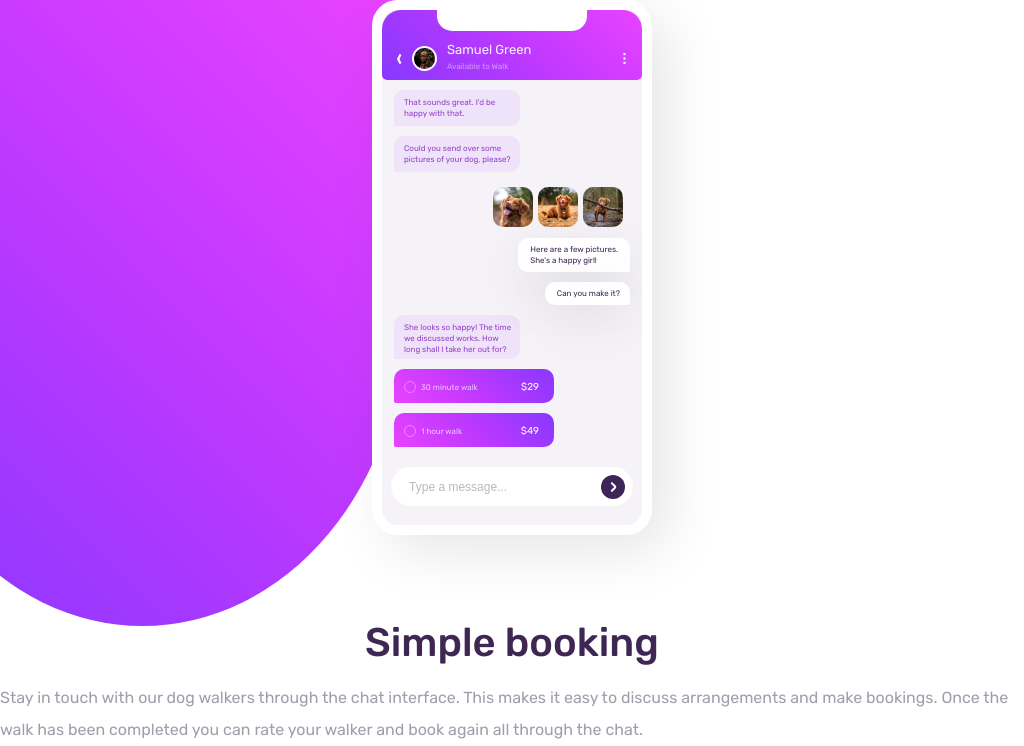
Repository: KamoliddinGIT/chat-app-css-illustration
Page: index.html
An editor plug-in stored every save of this project. The page is shown before and after the next save, followed by the edit.
The browser window is 1024 px wide. The pictures show the whole page.

Above is the page before, as saved 2023-09-25 20:05:21.

### index.html
<!DOCTYPE html>
<html lang="en">
  <head>
    <meta charset="UTF-8" />
    <meta http-equiv="X-UA-Compatible" content="IE=edge" />
    <meta name="viewport" content="width=device-width, initial-scale=1.0" />
    <link
      rel="icon"
      type="image/png"
      sizes="32x32"
      href="./images/favicon-32x32.png"
    />
    <link
      href="https://fonts.googleapis.com/css2?family=Rubik:wght@400;500;700&display=swap"
      rel="stylesheet"
    />
    <link rel="stylesheet" href="./css/style.css" />
    <title>Chat App CSS Illustration</title>
  </head>
  <body>
    <div class="container">
      <div class="bg"></div>
      <div class="card">
        <div class="header">
          <div class="cam"></div>
          <div class="header_contents">
            <div class="header-left-side">
              <img
                src="./images/arrow.svg"
                alt="left_arrow"
                class="back_icon"
              />
              <img class="avatar" src="./images/avatar.jpg" alt="avatar" />
              <h2>
                Samuel Green <br />
                <span>Available to Walk </span>
              </h2>
            </div>
            <img src="./images/menu.svg" alt="menu" class="menu" />
          </div>
        </div>
        <div class="card-messages">
          <div class="receive-message">
            That sounds great. I'd be happy with that.
          </div>
          <div class="receive-message">
            Could you send over some pictures of your dog, please?
          </div>
          <div class="sent-photo">
            <img src="./images/dog-image-1.jpg" alt="dog1" />
            <img src="./images/dog-image-2.jpg" alt="dog2" />
            <img src="./images/dog-image-3.jpg" alt="dog3" />
          </div>
          <div class="sent-msg">
            Here are a few pictures. She's a happy girl!
          </div>
          <div class="next-msg">Can you make it?</div>
          <div class="receive-message">
            She looks so happy! The time we discussed works. How long shall I
            take her out for?
          </div>
          <div class="receive-price">
            <div class="circle"></div>
            <span class="times">30 minute walk </span>
            <div class="price">$29</div>
          </div>
          <div class="receive-price">
            <div class="circle"></div>
            <span class="times">1 hour walk </span>
            <div class="price">$49</div>
          </div>
          <input
            type="text"
            placeholder="Type a message..."
            class="input-msg"
          />
        </div>
      </div>
      <div class="right-side">
        <h1>Simple booking</h1>
        <p>
          Stay in touch with our dog walkers through the chat interface. This
          makes it easy to discuss arrangements and make bookings. Once the walk
          has been completed you can rate your walker and book again all through
          the chat.
        </p>
      </div>
    </div>
  </body>
</html>

### css/style.css
* {
  margin: 0;
  padding: 0;
  box-sizing: border-box;
}

.container {
  width: 85%;
  min-height: 100vh;
  display: flex;
  justify-content: center;
  gap: 160px;
  align-items: center;
  background-color: white;
  font-family: "Rubik", sans-serif;
}

.bg {
  width: 525px;
  height: 87%;
  left: -120px;
  top: 0;
  position: absolute;
  background-image: linear-gradient(
    45deg,
    hsl(264deg 100% 61%) 0%,
    hsl(280deg 100% 61%) 50%,
    hsl(293deg 100% 63%) 100%
  );
  border-radius: 0 0 50% 50%;
}

.card {
  z-index: 99;
  width: 280px;
  height: 535px;
  border-radius: 1.6rem;
  background-color: hsl(270, 20%, 96%);
  border: 10px solid white;
  box-shadow: 1rem 1rem 3.5rem rgba(0, 0, 0, 0.1);
  overflow: hidden;
}

.header {
  display: flex;
  justify-content: center;
  align-items: center;
  color: white;
  position: relative;
  width: 100%;
  height: 70px;
  border-radius: 1.2rem 1.2rem 5px 5px;
  display: flex;
  flex-direction: column;
  align-items: center;
  background-image: linear-gradient(
    45deg,
    hsl(264deg 100% 61%) 0%,
    hsl(280deg 100% 61%) 50%,
    hsl(293deg 100% 63%) 100%
  );
}

.cam {
  width: 150px;
  height: 22px;
  top: 0;
  background-color: white;
  border-radius: 0 0 15px 15px;
  position: absolute;
  margin: -1px auto 0 auto;
}

.back_icon {
  width: 5px;
  height: 18px;
  cursor: pointer;
}

.header_contents {
  margin-top: 27px;
  width: 100%;
  height: 15px;
  display: flex;
  align-items: center;
  justify-content: space-between;
  padding: 15px;
}

.header-left-side {
  width: 164px;
  height: 29px;
  display: flex;
  align-items: center;
  gap: 10px;
}

.avatar {
  width: 25px;
  height: 25px;
  object-fit: fill;
  border-radius: 50%;
  border: 2px solid white;
}

.header-left-side h2 {
  font-size: 13px;
  font-weight: 400;
  padding-bottom: 3px;
  color: hsl(270, 20%, 96%);
}

.header-left-side h2 span {
  font-size: 8px;
  font-weight: 400;
  opacity: 0.5;
  color: hsl(270, 20%, 96%);
}

.menu {
  cursor: pointer;
  width: 5px;
}

.card-messages {
  display: flex;
  flex-direction: column;
  width: 260px;
  height: 446px;
}

.receive-message {
  width: 126px;
  min-height: 36px;
  background-color: hsla(276, 100%, 81%, 0.2);
  padding: 7px 5px 7px 10px;
  border-radius: 10px 10px 10px 2px;
  margin: 10px 0 0 12px;
  font-size: 8px;
  line-height: 11px;
  color: hsl(276, 55%, 52%);
}

.sent-photo {
  margin: 15px 12px 0 auto;
  width: 142px;
  height: 44px;
  display: flex;
  align-items: center;
}

.sent-photo img {
  width: 40px;
  height: 40px;
  border-radius: 10px;
  object-fit: fill;
  margin-inline-start: 5px;
}

.sent-msg {
  width: 133px;
  height: 34px;
  background-color: white;
  padding: 6px 10px 6px 12px;
  border-radius: 10px 10px 2px 10px;
  box-shadow: 0 1rem 3.5rem rgba(0, 0, 0, 0.1);
  margin: 10px 12px 0 auto;
  font-size: 8px;
  color: hsl(271, 36%, 24%);
  max-width: 22ch;
  line-height: 11px;
}

.next-msg {
  width: 85px;
  height: 23px;
  background-color: white;
  width: fit-content;
  padding: 6px 10px 6px 12px;
  border-radius: 10px 10px 2px 10px;
  box-shadow: 0 1rem 3.5rem rgba(0, 0, 0, 0.1);
  margin: 10px 12px 0 auto;
  font-size: 8px;
  color: hsl(271, 36%, 24%);
  max-width: 22ch;
  line-height: 11px;
}

.receive-price {
  width: 160px;
  height: 34px;
  display: inline-flex;
  align-items: center;
  gap: 5px;
  background-color: hsla(276, 100%, 81%, 0.2);
  width: 160px;
  padding: 12px 15px 10px 10px;
  border-radius: 10px 10px 10px 2px;
  margin: 10px 0 0 12px;
  color: white;
  background-image: linear-gradient(
    45deg,
    hsl(293deg 100% 63%) 0%,
    hsl(280deg 100% 61%) 50%,
    hsl(264deg 100% 61%) 100%
  );
}

.circle {
  width: 12px;
  height: 12px;
  border: 1px solid hsl(270, 20%, 96%);
  border-radius: 50%;
  opacity: 0.4;
}

.times {
  font-size: 8px;
  opacity: 0.7;
}

.price {
  font-size: 10px;
  margin-left: auto;
}

.input-msg {
  width: 93%;
  border: none;
  padding: 12px 40px 12px 18px;
  border-radius: 1.5rem;
  outline: none;
  font-weight: 500;
  color: hsl(271, 36%, 24%);
  margin: 20px auto;
  background-image: url("../images/send-icon.svg");
  background-repeat: no-repeat;
  background-position: 210px;
  background-size: 24px 24px;
}

::placeholder {
  font-size: 12px;
  opacity: 0.5;
}

.right-side {
  z-index: 99;
  width: 300px;
}

.right-side h1 {
  width: 100%;
  color: #3e2753;
  padding: 4rem 0 1rem 0;
  font-weight: 500;
  font-size: 2.5rem;
  text-align: start;
}

.right-side p {
  font-size: 16px;
  font-weight: 300;
  text-align: start;
  line-height: 2rem;
  color: #a39daa;
}

/* --------------media-starts--------------- */

@media only screen and (max-width: 1200px) {
  body {
    width: 100%;
    min-height: 100vh;
    display: flex;
    justify-content: center;
    align-items: center;
  }
  .container {
    max-width: 1200px;
    width: 100%;
    justify-content: center;
    gap: 20px;
    flex-direction: column;
  }
  .right-side {
    display: flex;
    align-items: center;
    flex-direction: column;
    text-align: center;
    width: 100%;
  }
  .right-side h1,
  p {
    text-align: center;
  }
}

After the next save:
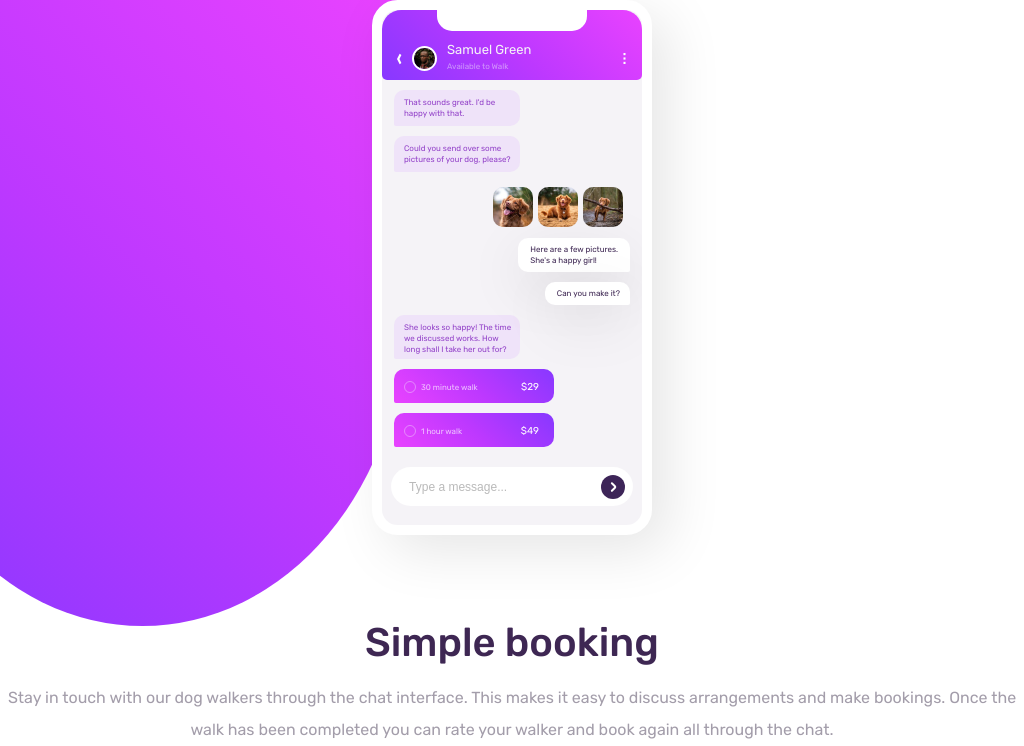
Saved 9 s later.
--- a/css/style.css
+++ b/css/style.css
@@ -290,8 +290,11 @@
     text-align: center;
     width: 100%;
   }
-  .right-side h1,
-  p {
+  .right-side h1 {
     text-align: center;
   }
-}
+
+  .right-side p {
+    text-align: center;
+  }
+}
